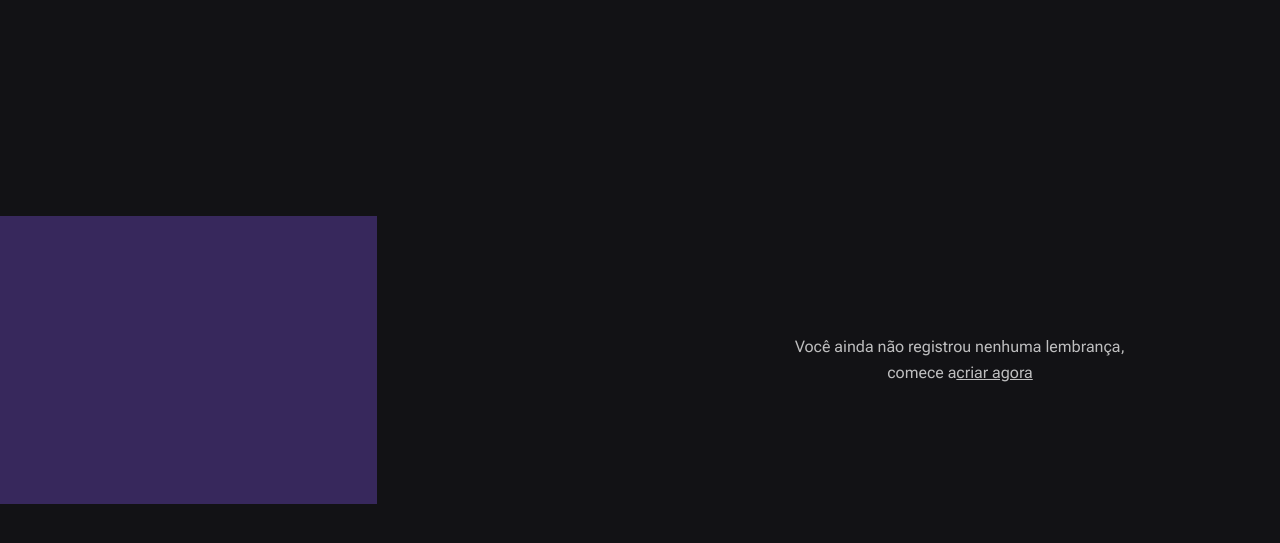
Repository: Herlander929/SpaceTime-nlw
Page: / (app in front-end/)
An editor plug-in stored every save of this project. The page is shown before and after the next save, followed by the edit.
The browser window is 1280 px wide. The pictures show the whole page.
Some web fonts or font styles are not loaded; a fallback is used. The project was rebuilt for these pictures with package versions that can differ from the ones it lists, and the page was loaded fresh each time. The framework's server and built-in components were replaced by stand-ins that run in the browser. Also part of the build but not shown: front-end/next.config.js.

Above is the page before, as saved 2023-05-19 09:37:04.

### front-end/src/app/layout.tsx
import './globals.css'
import { ReactNode } from 'react'
import { Roboto_Flex as Roboto,Bai_Jamjuree as Baijamjuree } from 'next/font/google'

const roboto = Roboto({ subsets: ['latin'], variable: '--font-roboto' })
const baijamjuree = Baijamjuree({
  subsets: ['latin'],
  weight:'700',
  variable: '--font-bai-jamjuree',
 })

export const metadata = {
  title: 'NLW Spacetime ',
  description: 'Uma cápsula do tempo construída com React, Next.js, TailwindCSS e TypeScript',
}

export default function RootLayout({ children }: { children: ReactNode }) {
  return (
    <html lang="en">
      <body className={`${roboto.variable} ${baijamjuree.variable} font-sans bg-gray-900 text-gray-100`}>{children}</body>
    </html>
  )
}

### front-end/src/app/page.tsx
export default function Home() {
  return <main className="grid grid-cols-2 min-h-screen">
    {/*Left*/ }
    <div className="relative flex flex-1 items-center justify-between px-2 py-16">
    <div className="absolute right-0 top-1/2 h-[288px] w-[526px] -translate-y-1/2 -translate-x-1/2 bg-purple-700 opacity-50"/>
    </div>
  {/*Right*/ }
    <div className="flex flex-col p-16">
     <div className="flex flex-1 items-center justify-center">
     <p className="text-center leading-relaxed w-[360px]">
      Você ainda não registrou nenhuma lembrança, comece a{''}
        <a href="" className="underline hover:text-gray-50">
          criar agora
          </a>
        </p>
     </div>
    </div>
  </main>

}

### front-end/tailwind.config.js
/** @type {import('tailwindcss').Config} */
module.exports = {
  content: [
    './src/pages/**/*.{js,ts,jsx,tsx,mdx}',
    './src/components/**/*.{js,ts,jsx,tsx,mdx}',
    './src/app/**/*.{js,ts,jsx,tsx,mdx}',
  ],
  theme: {
    extend: {
     fontFamily: {
      sans: 'var(--font-roboto)',
      alt: 'var(--font-bai-jamjuree)',
     },
     colors: {
      gray: {
  50: '#eaeaea',
  100:'#bebebf',
  200:'#9e9ea0',
  300:'#727275',
  400:'#56565a',
  500:'#2c2c31',
  600:'#28282d',
  700:'#1f1f23',
  800:'#18181b',
  900:'#121215'
      },
     purple : {
  50: '#f3eefc',
  100:'#d8cbf7',
  200:'#c6b2f3',
  300:'#ab8eee',
  400:'#9b79ea',
  500:'#8257e5',
  600:'#764fd0',
  700:'#5c3ea3',
  800:'#48307e',
  900:'#372560'
      },
     green : {
  50: '#e6fbef',
  100:'#b1f1ce',
  200:'#8cebb6',
  300:'#57e295',
  400:'#36dc81',
  500:'#04d361',
  600:'#04c058',
  700:'#039645',
  800:'#027435',
  900:'#025929'
      }
     }
    },
  },
  plugins: [],
}

Loaded but not shown: front-end/src/app/globals.css (common file)

After the next save:
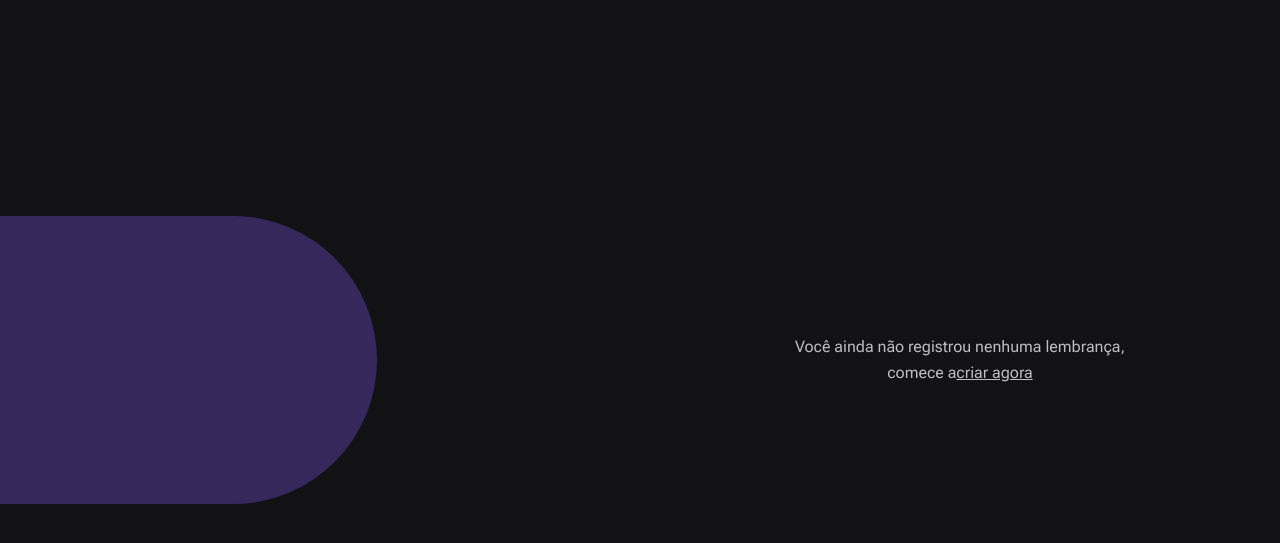
Saved 2 min 6 s later.
--- a/front-end/src/app/page.tsx
+++ b/front-end/src/app/page.tsx
@@ -1,8 +1,8 @@
 export default function Home() {
   return <main className="grid grid-cols-2 min-h-screen">
     {/*Left*/ }
-    <div className="relative flex flex-1 items-center justify-between px-2 py-16">
-    <div className="absolute right-0 top-1/2 h-[288px] w-[526px] -translate-y-1/2 -translate-x-1/2 bg-purple-700 opacity-50"/>
+    <div className="relative flex flex-1 items-center justify-between overflow-hidden px-2 py-16">
+    <div className="absolute right-0 top-1/2 h-[288px] w-[526px] -translate-y-1/2 -translate-x-1/2 rounded-full bg-purple-700 opacity-50"/>
     </div>
   {/*Right*/ }
     <div className="flex flex-col p-16">
